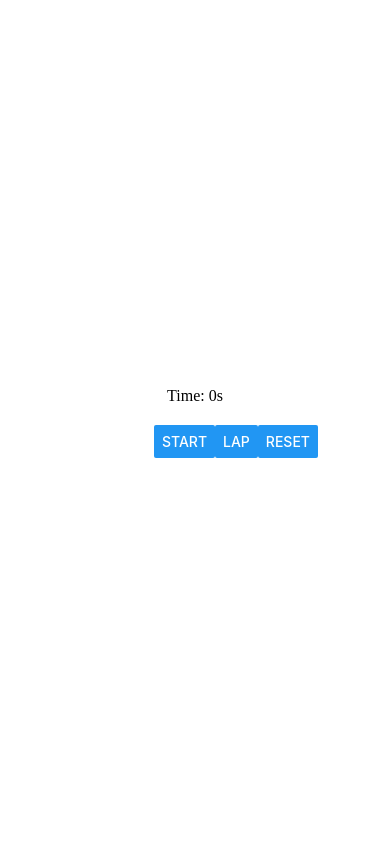
Repository: Shopify/eng-intern-assessment-react-native
Screen: /
An editor plug-in stored every save of this project. The screen is shown before and after a run of saves, followed by the edit.
The app was drawn by React Native's web renderer in a window 390 px wide. The project was rebuilt for these pictures with package versions that can differ from the ones it lists, and the page was loaded fresh each time.

Above is the screen before, as saved 2024-01-13 12:04:06.

### App.tsx
import { StatusBar } from 'expo-status-bar';
import { StyleSheet, Text, View } from 'react-native';
import StopWatch from './src/StopWatch';

export default function App() {
  return (
    <View style={styles.container}>
      <StopWatch></StopWatch>
      <StatusBar style="auto" />
    </View>
  );
}

const styles = StyleSheet.create({
  container: {
    flex: 1,
    backgroundColor: '#fff',
    alignItems: 'center',
    justifyContent: 'center',
  },
});

### src/StopWatch.tsx
import React, { useState, useEffect } from 'react';
import { Text, View, StyleSheet } from 'react-native';
import StopWatchButton from './StopWatchButton';

const StopWatch = () => {
  const [isRunning, setIsRunning] = useState(false);
  const [timeElapsed, setTimeElapsed] = useState(0);
  const [laps, setLaps] = useState<number[]>([]);

  useEffect(() => {
    let interval: ReturnType<typeof setInterval>;
    if (isRunning) {
      interval = setInterval(() => {
        setTimeElapsed(prevTime => prevTime + 1); // Assuming timeElapsed is in seconds
      }, 1000);
    }
    return () => clearInterval(interval);
  }, [isRunning]);

  const handleStartStop = () => {
    setIsRunning(!isRunning);
  };

  const handleLap = () => {
    setLaps([...laps, timeElapsed]);
  };

  const handleReset = () => {
    setIsRunning(false);
    setTimeElapsed(0);
    setLaps([]);
  };

  return (
    <View style={styles.container}>
      {`Time: ${timeElapsed}s`}
      {laps.map((lap, index) => (
        <Text key={index} style={styles.lapText}>{`Lap ${index + 1}: ${lap}s`}</Text>
      ))}
      <View style={styles.buttonContainer}>
        <StopWatchButton title={isRunning ? "Stop" : "Start"} onPress={handleStartStop} />
        <StopWatchButton title="Lap" onPress={handleLap} />
        <StopWatchButton title="Reset" onPress={handleReset} />
      </View>
    </View>
  );
};

const styles = StyleSheet.create({
  container: {
    flex: 1,
    alignItems: 'center',
    justifyContent: 'center',
  },
  timerText: {
    fontSize: 24,
    fontWeight: 'bold',
  },
  lapText: {
    fontSize: 16,
  },
  buttonContainer: {
    flexDirection: 'row', // This will arrange buttons side by side
    justifyContent: 'space-around',
    width: '50%', // Adjust as needed
    marginTop: 20,
  },
});

export default StopWatch;

### src/StopWatchButton.tsx
import React from 'react';
import { Button, View } from 'react-native';

type Props = {
  title: string;
  onPress: () => void;
};

const StopWatchButton: React.FC<Props> = ({ title, onPress }) => {
  return (
    <View>
      <Button title={title} onPress={onPress} />
    </View>
  );
};

export default StopWatchButton;

After the next 2 saves:
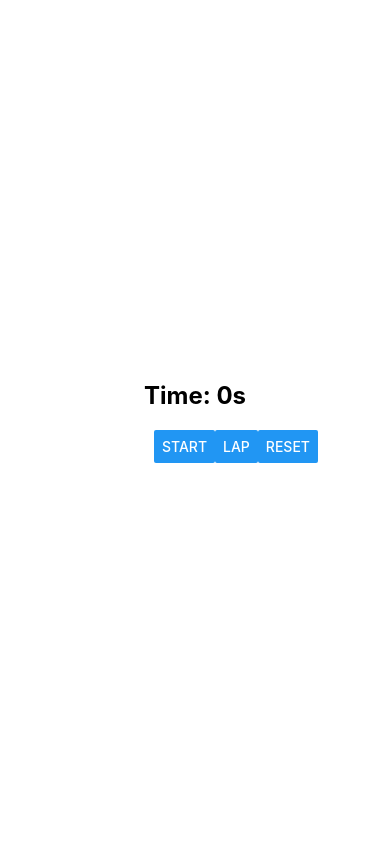
The 2 saves are shown as one change because 1 did not build or start.
The last was saved 9 s later.
--- a/src/StopWatch.tsx
+++ b/src/StopWatch.tsx
@@ -33,7 +33,7 @@ const StopWatch = () => {
 
   return (
     <View style={styles.container}>
-      {`Time: ${timeElapsed}s`}
+      <Text style={styles.timerText}>{`Time: ${timeElapsed}s`}</Text>
       {laps.map((lap, index) => (
         <Text key={index} style={styles.lapText}>{`Lap ${index + 1}: ${lap}s`}</Text>
       ))}
